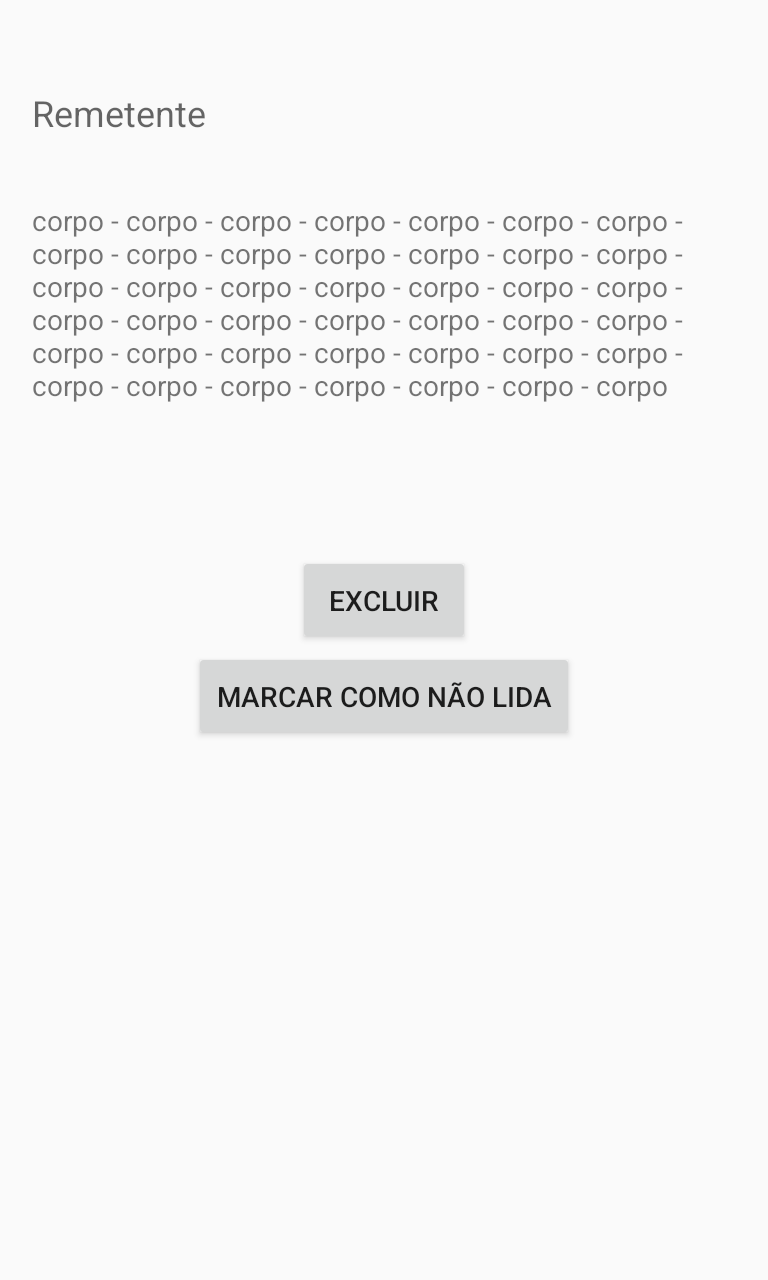
Repository: italogmm/gitMobile
Layout: notificacoesUfg/res/layout/activity_consulta_notificacao.xml
An editor plug-in stored every save of this project. The layout is shown before and after the next save, followed by the edit.
It is drawn on a 768 x 1280 px phone screen (xhdpi) without system bars, with theme AppTheme; the app's code is not run.

Above is the layout before, as saved 2014-06-20 18:16:36.

After the next save:
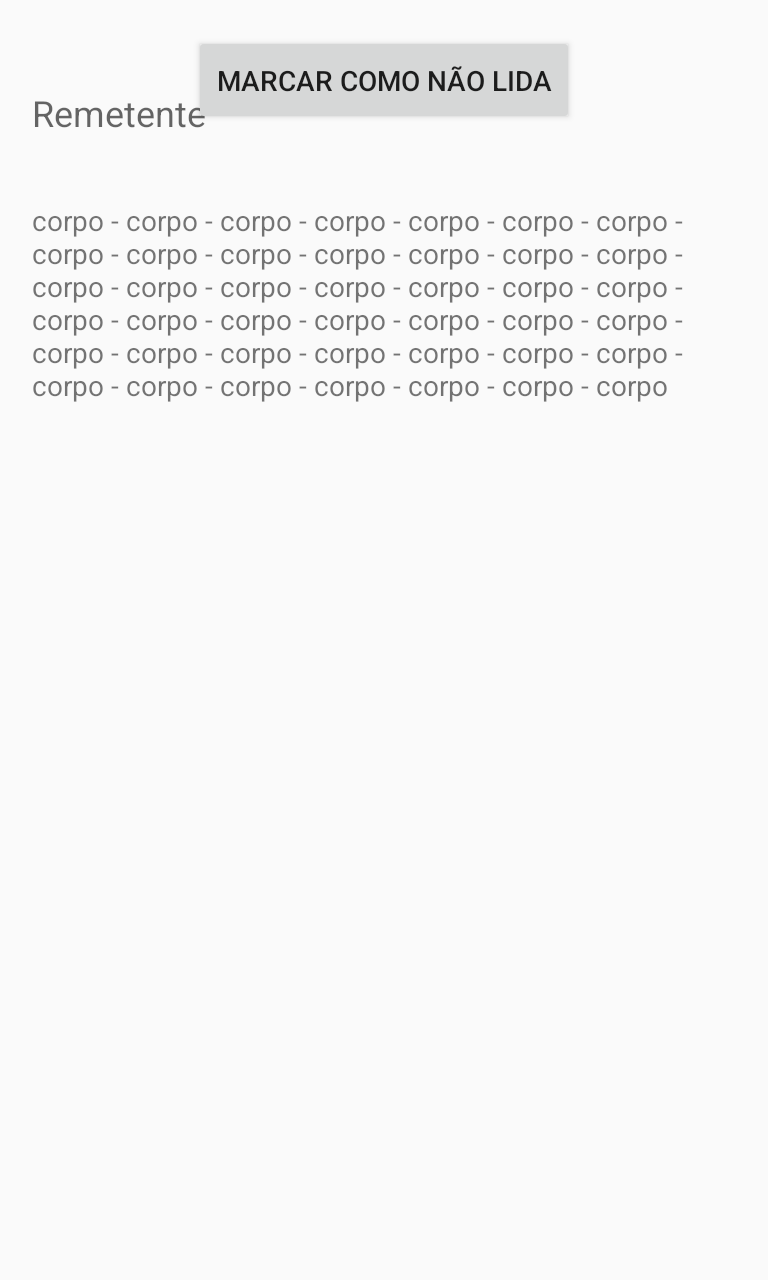
Saved 7 min 20 s later.
--- a/notificacoesUfg/res/layout/activity_consulta_notificacao.xml
+++ b/notificacoesUfg/res/layout/activity_consulta_notificacao.xml
@@ -28,15 +28,6 @@
         android:text="corpo - corpo - corpo - corpo - corpo - corpo - corpo - corpo - corpo - corpo - corpo - corpo - corpo - corpo - corpo - corpo - corpo - corpo - corpo - corpo - corpo - corpo - corpo - corpo - corpo - corpo - corpo - corpo - corpo - corpo - corpo - corpo - corpo - corpo - corpo - corpo - corpo - corpo - corpo - corpo - corpo - corpo" />
 
     <Button
-        android:id="@+id/excluir"
-        android:layout_width="wrap_content"
-        android:layout_height="wrap_content"
-        android:layout_below="@+id/corpo"
-        android:layout_centerHorizontal="true"
-        android:layout_marginTop="74dp"
-        android:text="Excluir" />
-
-    <Button
         android:id="@+id/marcarComoNaoLidaBtn"
         android:layout_width="wrap_content"
         android:layout_height="wrap_content"
